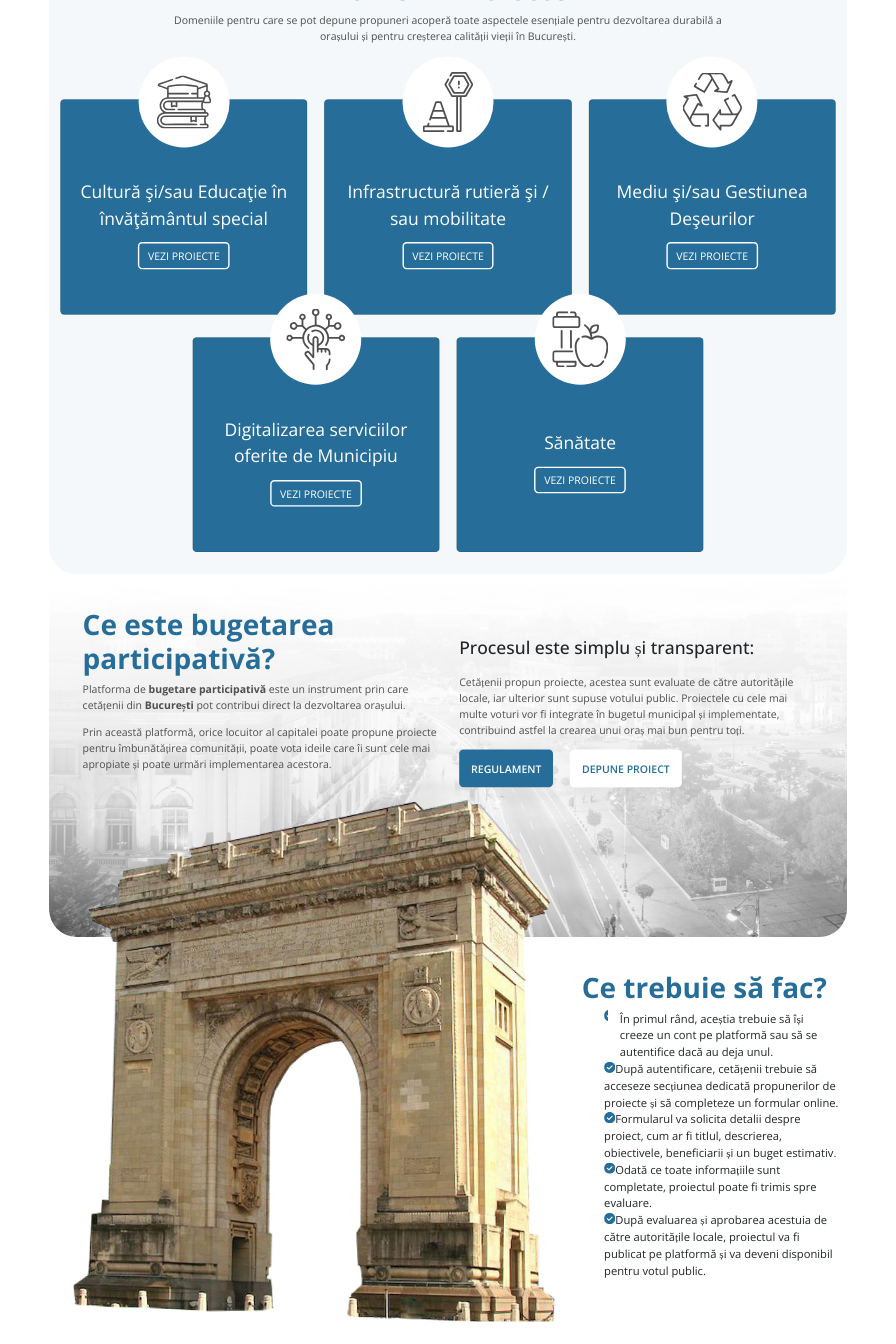
Repository: cosmin05072018/webis-task
Page: index.html
These files come from the project's save history. The page is drawn as it stood at one moment and after the next save; the edit follows.
The browser window is 1280 px wide. The pictures show the part of the page from y = 1284 to 3204 px (the page is 3204 px tall), at 70% of full size.

Above is the page before, as saved 2024-10-06 13:53:01.

After the next save:
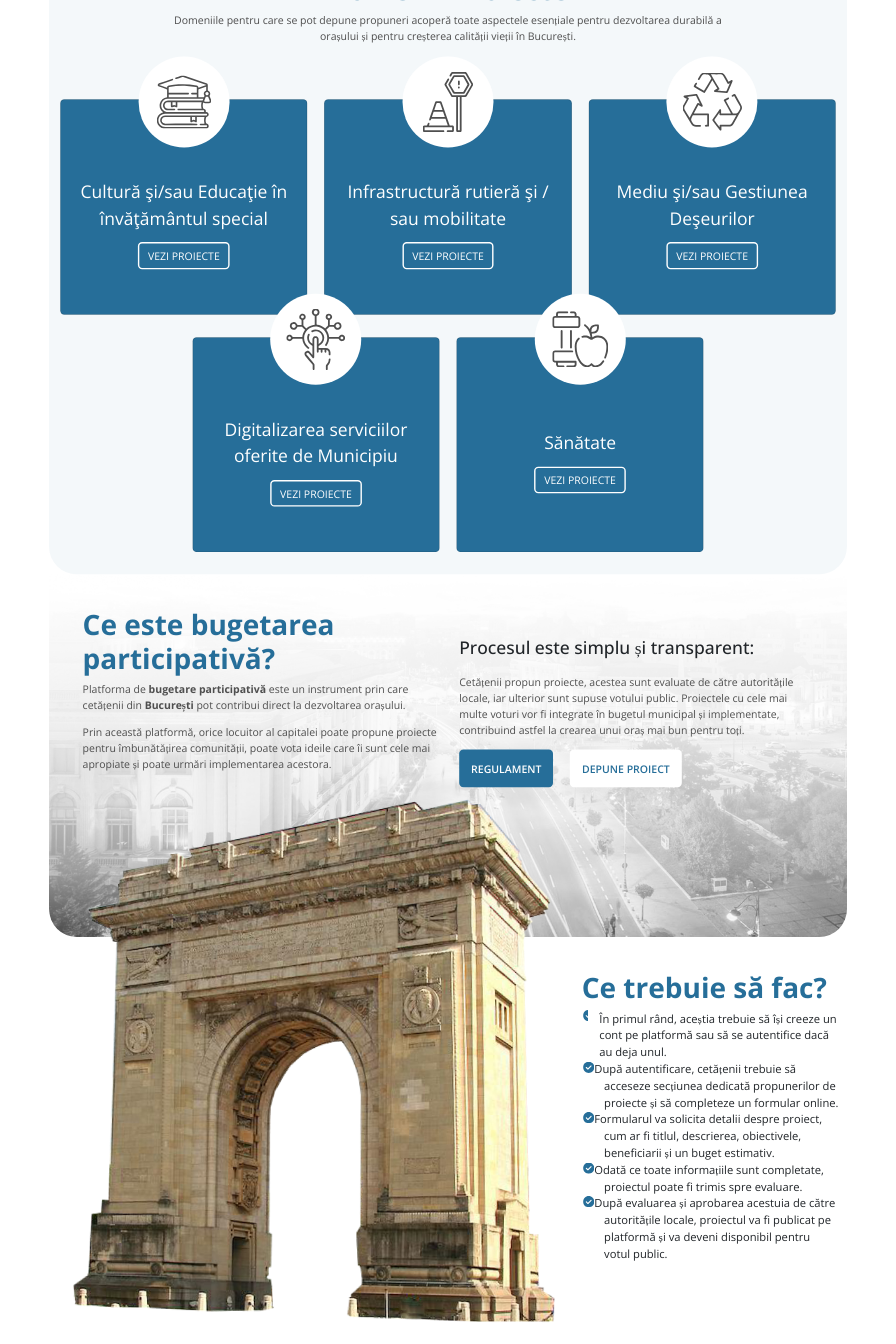
Saved 21 min 32 s later.
--- a/assets/css/style.css
+++ b/assets/css/style.css
@@ -396,6 +396,7 @@
   background-image: url('/assets/images/checked.svg');
   content: '';
   display: inline-block;
+  margin-left: -30px ;
 }
 /*
 li {
